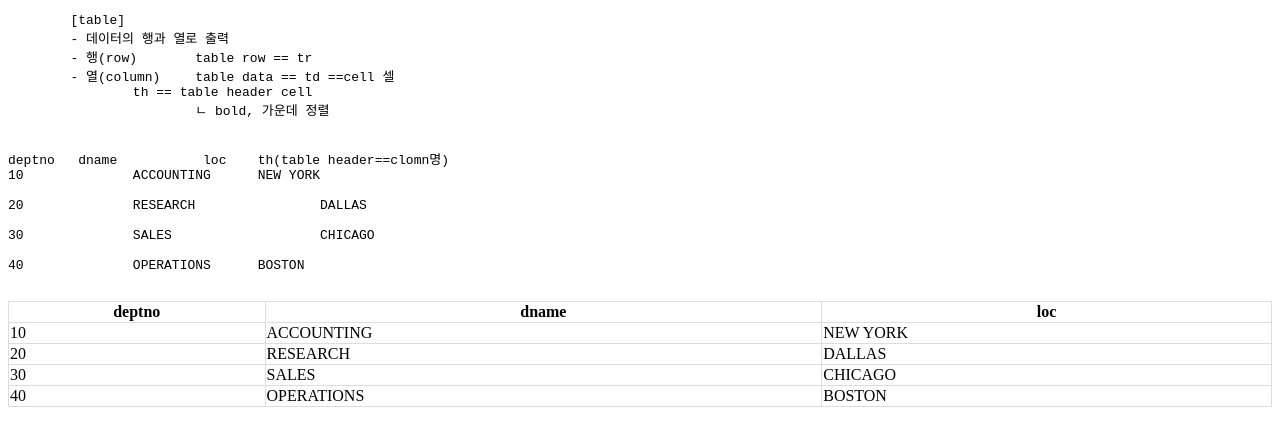
Repository: donggri1/WORKSPACE
Page: WebClass/webPro/src/main/webapp/html/days03/ex07.html
An editor plug-in stored every save of this project. The page is shown before and after the next save, followed by the edit.
The browser window is 1280 px wide. The pictures show the whole page.

Above is the page before, as saved 2024-03-26 03:41:16.

### WebClass/webPro/src/main/webapp/html/days03/ex07.html
<!DOCTYPE html>
<html>
<head>
<meta charset="UTF-8">
<title>Insert title here</title>
<link rel="shortcut icon" type="image/x-icon" href="http://localhost/webPro/images/SiSt.ico">
<style>
	th,td{
		/* border: solid 1px black; */
		border: 1px solid #DDD;
	}
	table{
		/* background-color: #96D4D4; */
		/* border-spacing: 10px; */
		width: 100%;
		border-collapse: collapse;

	}
	th,td{
		/* background-color: #96d4d4; */
	}
</style>
</head>
<body>
<pre>
	[table]
	- 데이터의 행과 열로 출력
	- 행(row)	table row == tr
	- 열(column)	table data == td ==cell 셀
		th == table header cell
			ㄴ bold, 가운데 정렬


deptno   dname           loc	th(table header==clomn명)
10		ACCOUNTING   	NEW YORK<br>
20		RESEARCH   		DALLAS<br>
30 		SALES   		CHICAGO<br>
40		OPERATIONS  	BOSTON<br>
</pre>


<!-- table 태그의 cellspacing속성 cellpadding 속성
 <table cellspacing="10px" cellpadding = "20px" > -->
<table>
 <tr>
  <th >deptno</th>
  <th >dname</th>
  <th >loc</th>
 </tr>

 <tr>
 	<td>10</td>
 	<td>ACCOUNTING</td>
 	<td>NEW YORK</td>
 </tr>
  <tr>
 	<td>20</td>
 	<td>RESEARCH</td>
 	<td>DALLAS</td>
 </tr>
  <tr>
 	<td>30</td>
 	<td>SALES</td>
 	<td>CHICAGO</td>
 </tr>
  <tr>
 	<td>40</td>
 	<td>OPERATIONS</td>
 	<td>BOSTON</td>
 </tr>
</table>


<!-- <table border="2" width=""> -->
<!-- <table border="2" style="width:100%">
 <tr>
  <th width="20%">deptno</th>
  <th width="50%">dname</th>
  <th width="30%">loc</th>
 </tr>

 <tr>
 	<td>10</td>
 	<td>ACCOUNTING</td>
 	<td>NEW YORK</td>
 </tr>
  <tr>
 	<td>20</td>
 	<td>RESEARCH</td>
 	<td>DALLAS</td>
 </tr>
  <tr>
 	<td>30</td>
 	<td>SALES</td>
 	<td>CHICAGO</td>
 </tr>
  <tr>
 	<td>40</td>
 	<td>OPERATIONS</td>
 	<td>BOSTON</td>
 </tr>
</table> -->





</body>
</html>

After the next save:
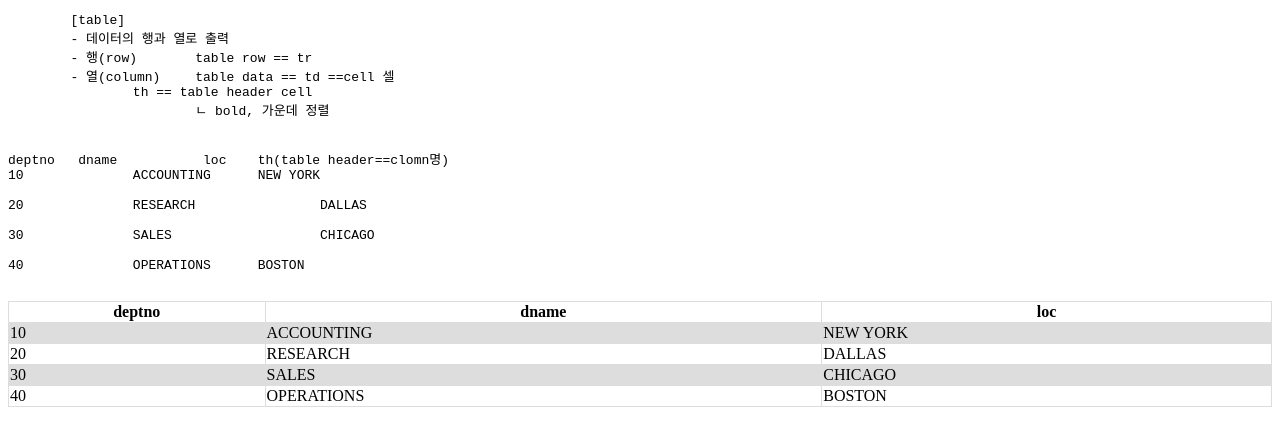
Saved 2 min 21 s later.
--- a/WebClass/webPro/src/main/webapp/html/days03/ex07.html
+++ b/WebClass/webPro/src/main/webapp/html/days03/ex07.html
@@ -20,6 +20,12 @@
 		/* background-color: #96d4d4; */
 	}
 </style>
+<style>
+ tr:nth-child(even){
+ 	background-color: #ddd;
+ }
+</style>
+
 </head>
 <body>
 <pre>
